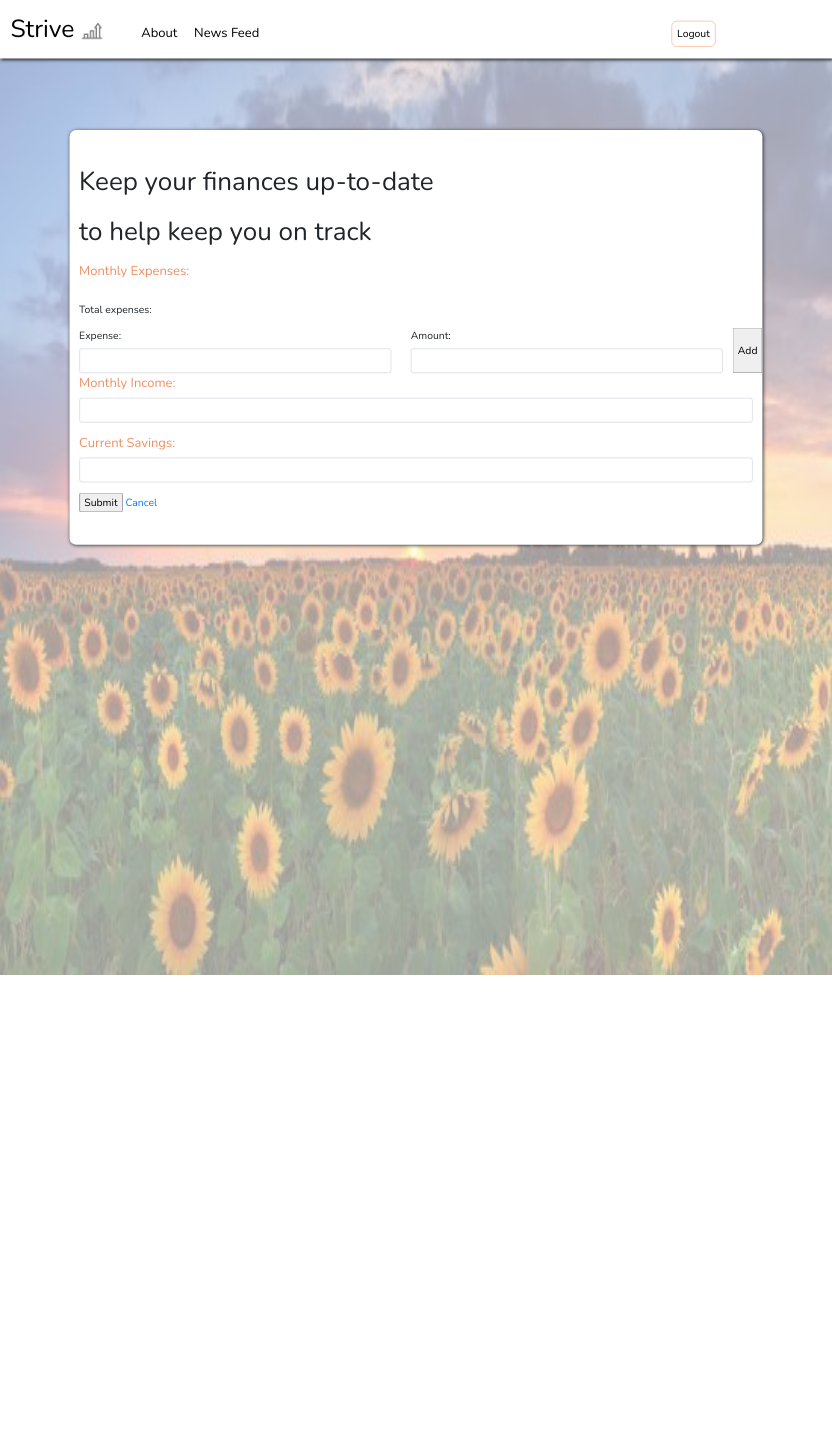
Repository: NoraOK/Strive
Page: http://localhost/strive/WEB-INF/strive/ie.jsp
The author's editor kept a copy of each file at every save. The page is drawn from the files as they stood at one save, then again after the next save.
The browser window is 1280 px wide. The pictures show the whole page, at 65% of full size.
The page is served by Tomcat 9. Nobody is signed in. Other server files are loaded and not shown. The template is opened directly, without the code that normally fills it, so the values that code supplies are empty.

Above is the page before, as saved 2019-12-20 18:16:57.

### strive/src/main/webapp/WEB-INF/strive/ie.jsp
<%@ page language="java" contentType="text/html; charset=UTF-8"
	pageEncoding="UTF-8"%>
<%@ taglib prefix="form" uri="http://www.springframework.org/tags/form"%>
<%@ taglib prefix="c" uri="http://java.sun.com/jsp/jstl/core"%>
<%@ taglib prefix = "fmt" uri = "http://java.sun.com/jsp/jstl/fmt" %>

<!DOCTYPE html>

<html>
<head>
<meta charset="UTF-8">
<title>Strive | Personal Finances</title>
	<link rel="stylesheet"
	href="https://stackpath.bootstrapcdn.com/bootstrap/4.3.1/css/bootstrap.min.css"
	integrity="sha384-ggOyR0iXCbMQv3Xipma34MD+dH/1fQ784/j6cY/iJTQUOhcWr7x9JvoRxT2MZw1T"
	crossorigin="anonymous">
	<link href="/css/ie.css" rel="stylesheet" type="text/css" />
	<link href="https://fonts.googleapis.com/css?family=Nunito:200,400,700&display=swap" rel="stylesheet">
</head>
<body>
	<div>
		<jsp:include page="header.jsp"/>
	</div>
	<div class="body">
		<img src="/images/flowers.jpg">
		<div class="container col-10 spotlight">
		<p class="h11">Keep your finances up-to-date</p>
		<p class="h11">to help keep you on track</p>
		<p class="label">Monthly Expenses:</p>
		<table class="table col-4">
			<tbody>

				<c:forEach items="${user.user_expenses}" var="userExpense">
					<tr>
					<td><c:out value="${userExpense.name}"/></td>
					<td><fmt:formatNumber value="${userExpense.amount}" type="currency"/></td>
					<td>
						<form action="/deleteUserExpense/${userExpense.id}" method="post">
							<input type="hidden" name="_method" value="delete">
							<input type="submit" value="Delete">
						</form>
					</td>
					</tr>
				</c:forEach>
			</tbody>
		</table>
		<p >Total expenses: <fmt:formatNumber value="${user.totalUserExpense}" type="currency"/></p>
		<form:form action="/addUserExpense" method="post" modelAttribute="userExpense" class="row">
			<form:hidden path="user" value="${user.id}"/>
			<div class="col">
				<form:label path="name" >Expense:</form:label>
				<form:input path="name" type="text" class="form-control"/>
			</div>
			<div class="col">
				<form:label path="amount">Amount:</form:label>
				<form:input path="amount" type="text" class="form-control"/>
			</div>
				<input type="submit" value="Add"/>
		</form:form>
		<form action="/strive/updateFinances" method="post">
			<p>
				<label class="label">Monthly Income: </label>
				<input name="currentIncome" type="number" class="form-control" />
			</p>
			<p>
				<label class="label">Current Savings: </label>
				<input name="currentBalance" type="number" class="form-control" />
			</p>

			<input class="" type="submit" value="Submit" />
			<a class="" href="/home">Cancel</a>
		</form>
		</div>
	</div>
</body>
</html>

### strive/src/main/webapp/WEB-INF/strive/header.jsp
<%@ page language="java" contentType="text/html; charset=UTF-8"
    pageEncoding="UTF-8"%>
<%@ taglib prefix="c" uri="http://java.sun.com/jsp/jstl/core"%>

<!DOCTYPE html>
<html>
<head>
<meta charset="UTF-8">
<title>Insert title here</title>
	<link rel="stylesheet" href="https://stackpath.bootstrapcdn.com/bootstrap/4.3.1/css/bootstrap.min.css" integrity="sha384-ggOyR0iXCbMQv3Xipma34MD+dH/1fQ784/j6cY/iJTQUOhcWr7x9JvoRxT2MZw1T" crossorigin="anonymous">
	<link href="/css/header.css" rel="stylesheet" type="text/css"/>
	<link href="https://fonts.googleapis.com/css?family=Nunito&display=swap" rel="stylesheet">
</head>
<body>
	<header class="p-3">
		<div class="logo d-inline">
			<a class="d-inline strive" href="/">Strive <img class="header_img" src="/images/icon2.png" alt=""></a>
			<div class="d-inline links pl-5">
				<a class="d-inline link" href="">About</a>
				<a class="d-inline link pl-3" href="/feed">News Feed</a>
				<c:choose>
					<c:when test="${user.goals.size() > 0}">
						<a class="d-inline link pl-3" href="/allGoals">Your Goals</a>
					</c:when>
				</c:choose>
			</div>
		</div>
		<div class="buttons d-inline">
			<a href="/logout" class="logout_button">Logout</a>
		</div>
	</header>
</body>
</html>

### strive/src/main/resources/static/css/ie.css
.body {
	padding-top: 200px;
    position: relative;
    overflow: hidden;
    height: 2200px;
    font-family:'Nunito', sans-serif;

}

.body img {
	background-color: rgba(232,114,17,1.0);
    position: absolute;
    left: 0;
    top: 0;
    width: 100%;
    height: 1500px;
    opacity: 0.4;
}

.spotlight{
	background-color: white;
	border-radius: 10px;
	box-shadow: 1px 1px 6px;
	padding: 50px;
	padding-left: 50px;

}

.h11{
	font-size: 40px;
	font-weight: 200;

}

.label{
	color: #EF8F63;
	font-weight: 500;
	font-size: 20px;
}

### strive/src/main/resources/static/css/header.css
header{
	box-shadow: 2px 2px 5px;
	height: 90px;
	z-index: 10;
    position: fixed;
    width: 100%;
    font-family:'Nunito', sans-serif;
    background-color: white;
}
.strive{
	text-decoration: none;
	color: black;
}

.logo{
	font-size: 38px;

}
.header_img{
	background-color: white;
	width: 35px;
	opacity: .5;
}

.button{
	font-size: 17px;
	color: black;
}

.link {
	font-size: 20px;
	color: black;
}

a:link {
  text-decoration: none;
}

a:visited {
  text-decoration: none;
}

a:hover {
  text-decoration: none;
}

.logout_button{
	border: solid 1.5px #F9AD86;
	border-radius: 8px;
	padding:  8px;
	color: black;
}

.logout_button:hover {
	background-color: #F9AD86;
	color: white;
}

.buttons{
	margin-left: 50%;
}

.home_button{
	color: black;
}

After the next save:
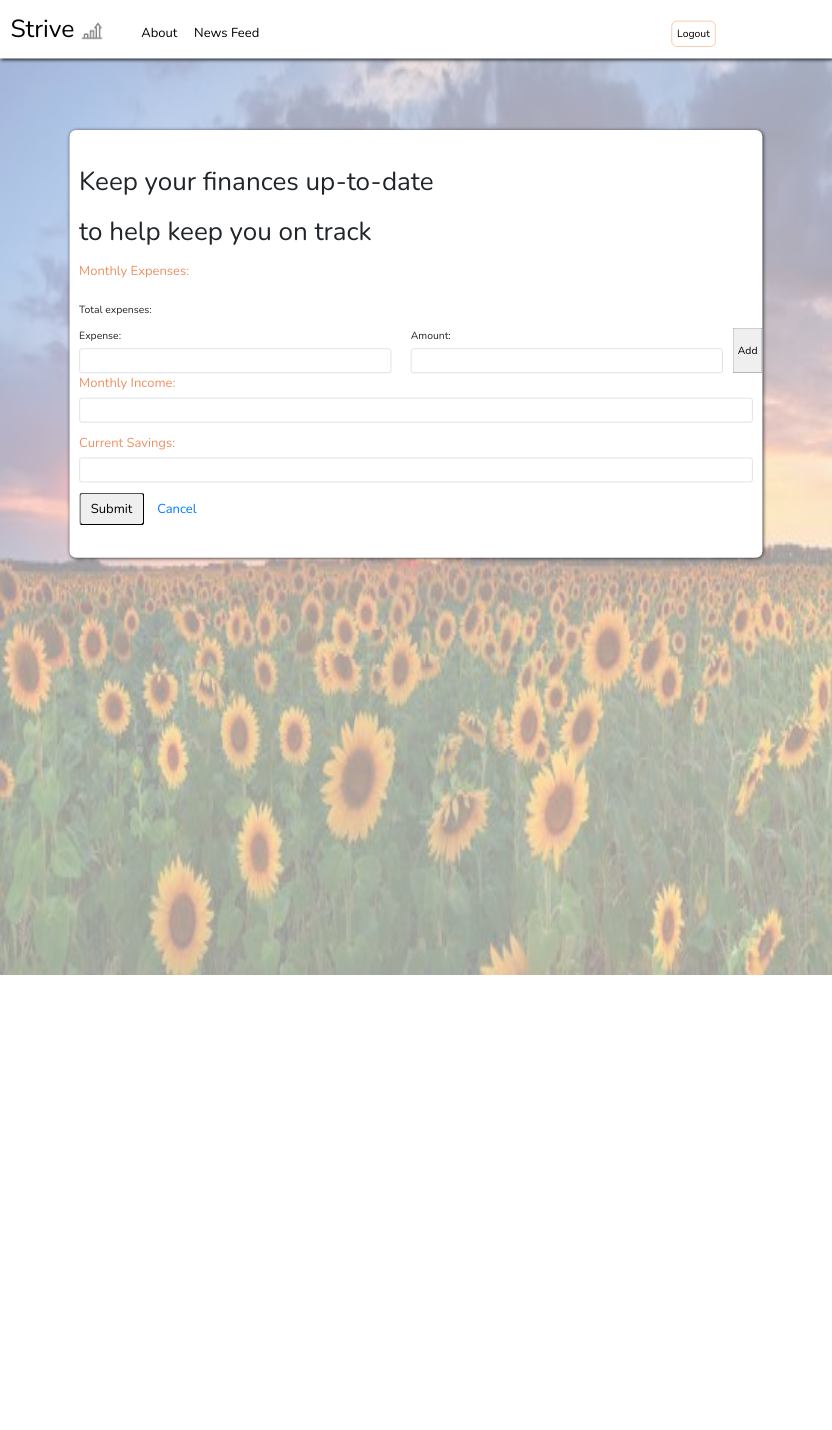
Saved 3 min 32 s later.
--- a/strive/src/main/webapp/WEB-INF/strive/ie.jsp
+++ b/strive/src/main/webapp/WEB-INF/strive/ie.jsp
@@ -67,8 +67,8 @@
 				<input name="currentBalance" type="number" class="form-control" />
 			</p>
 
-			<input class="" type="submit" value="Submit" />
-			<a class="" href="/home">Cancel</a>
+			<input class="button1 btn-lg" type="submit" value="Submit" />
+			<a class="button1 btn-lg" href="/home">Cancel</a>
 		</form>
 		</div>
 	</div>
